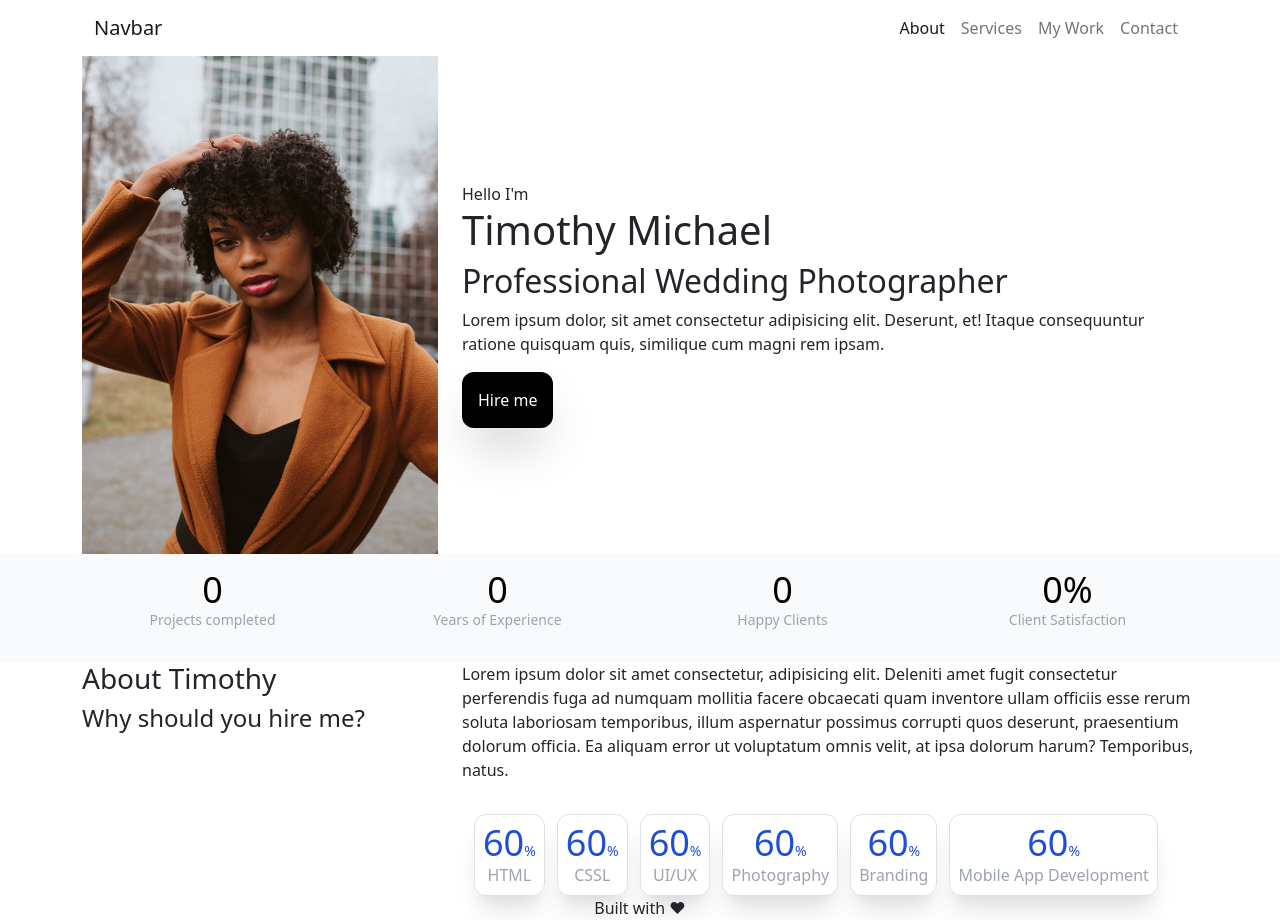
Repository: latenightsnacc/giggles
Page: HTML/freelancer.html
These files come from the project's save history. The page is drawn as it stood at one moment and after the next save; the edit follows.
The browser window is 1280 px wide. The pictures show the whole page.
Some web libraries are served in a nearby version.

Above is the page before, as saved 2021-01-03 15:20:56.

### HTML/freelancer.html
<!DOCTYPE html>
<html lang="en">
<head>
    <meta charset="UTF-8">
    <meta name="viewport" content="width=device-width, initial-scale=1.0">
    <link href="https://cdnjs.cloudflare.com/ajax/libs/tailwindcss/2.0.2/tailwind.min.css" rel="stylesheet">
    <link rel="stylesheet" href="https://stackpath.bootstrapcdn.com/font-awesome/4.7.0/css/font-awesome.min.css" />
    <link href="https://cdn.jsdelivr.net/npm/bootstrap@5.0.0-beta1/dist/css/bootstrap.min.css" rel="stylesheet" integrity="sha384-giJF6kkoqNQ00vy+HMDP7azOuL0xtbfIcaT9wjKHr8RbDVddVHyTfAAsrekwKmP1" crossorigin="anonymous">
    <title>Freelancer Page</title>
</head>
<body>
    <header class="container">
        <nav class="navbar navbar-expand-lg navbar-light bg-white">
            <div class="container-fluid">
              <a class="navbar-brand" href="#">Navbar</a>
              <button class="navbar-toggler" type="button" data-bs-toggle="collapse" data-bs-target="#navbarNavDropdown" aria-controls="navbarNavDropdown" aria-expanded="false" aria-label="Toggle navigation">
                <span class="navbar-toggler-icon"></span>
              </button>
              <div class="collapse navbar-collapse" id="navbarNavDropdown">
                <ul class="navbar-nav ml-auto">
                  <li class="nav-item">
                    <a class="nav-link active" aria-current="page" href="#">About</a>
                  </li>
                  <li class="nav-item">
                    <a class="nav-link" href="#">Services</a>
                  </li>
                  <li class="nav-item">
                    <a class="nav-link" href="#">My Work</a>
                  </li>
                  <li class="nav-item">
                    <a class="nav-link" href="#">Contact</a>
                  </li>
                  <!-- <li class="nav-item dropdown">
                    <a class="nav-link dropdown-toggle" href="#" id="navbarDropdownMenuLink" role="button" data-bs-toggle="dropdown" aria-expanded="false">
                      Dropdown link
                    </a>
                    <ul class="dropdown-menu" aria-labelledby="navbarDropdownMenuLink">
                      <li><a class="dropdown-item" href="#">Action</a></li>
                      <li><a class="dropdown-item" href="#">Another action</a></li>
                      <li><a class="dropdown-item" href="#">Something else here</a></li>
                    </ul>
                  </li> -->
                </ul>
              </div>
            </div>
        </nav>
    </header>
    <main>
        <!--User Banner-->
        <div class="container">
            <div class="row flex items-center h-auto">
                <div class="col-sm-12 col-md-4 col-lg-4 col-xl-4">
                    <img src="assets/userDp.jpg" alt="Profile Picture">
                </div>
                <div class="col-sm-12 col-md-8 col-lg-8 col-xl-8">
                    <div class="user-info">
                        <span>Hello I'm</span>
                        <h1>Timothy Michael</h1>
                        <h2>Professional Wedding Photographer</h2>
                        <p>Lorem ipsum dolor, sit amet consectetur adipisicing elit. Deserunt, et! Itaque consequuntur ratione quisquam quis, similique cum magni rem ipsam.</p>
                        <button class="bg-black text-white p-3 semi-bold rounded-xl shadow-2xl">Hire me</button>
                    </div>
                </div>
            </div>
        </div>
        <!--User Statisitics-->
        <div class="stats w-full bg-gray-50 flex items-center h-auto py-3">
            <div class="container">
                <div class="row">
                    <div class="stat-box col text-center">
                        <div class="bold text-4xl text-black">0</div>
                        <p class="text-sm text-gray-400">Projects completed</p>

                    </div>
                    <div class="stat-box col text-center">
                        <div class="bold text-4xl text-black">0</div>
                        <p class="text-sm text-gray-400">Years of Experience</p>
                    </div>
                    <div class="stat-box col text-center">
                        <div class="bold text-4xl text-black">0</div>
                        <p class="text-sm text-gray-400">Happy Clients</p>
                    </div>
                    <div class="stat-box col text-center">
                        <div class="bold text-4xl text-black">0%</div>
                        <p class="text-sm text-gray-400">Client Satisfaction</p>
                    </div>
                </div>
            </div>
        </div>
        <!--About User-->
        <div class="container">
            <div class="row">
                <div class="col-sm-12 col-md-6 col-lg-4 col-xl-4">
                    <h3>About Timothy</h3>
                    <h4>Why should you hire me?</h4>
                </div>
                <div class="col-sm-12 col-md-6 col-lg-8 col-xl-8">
                    <p>Lorem ipsum dolor sit amet consectetur, adipisicing elit. Deleniti amet fugit consectetur perferendis fuga ad numquam mollitia facere obcaecati quam inventore ullam officiis esse rerum soluta laboriosam temporibus, illum aspernatur possimus corrupti quos deserunt, praesentium dolorum officia. Ea aliquam error ut voluptatum omnis velit, at ipsa dolorum harum? Temporibus, natus.</p>

                    <div class="d-flex flex-wrap">
                        <div class="skill-box shadow-xl max-w-sm p-2 ml-3 mt-3 border border-gray-100 rounded-xl flex flex-col items-center justify-center text-center">

                            <span class="text-blue-700 bold text-4xl">60<span class="text-sm">%</span></span>
                            <div class="text-md text-gray-400">HTML</div>
                        </div>
                        <div class="skill-box shadow-xl max-w-sm p-2 ml-3 mt-3 border border-gray-100 rounded-xl flex flex-col items-center justify-center text-center">

                            <span class="text-blue-700 bold text-4xl">60<span class="text-sm">%</span></span>
                            <div class="text-md text-gray-400">CSSL</div>
                        </div>
                        <div class="skill-box shadow-xl max-w-sm p-2 ml-3 mt-3 border border-gray-100 rounded-xl flex flex-col items-center justify-center text-center">

                            <span class="text-blue-700 bold text-4xl">60<span class="text-sm">%</span></span>
                            <div class="text-md text-gray-400">UI/UX</div>
                        </div>
                        <div class="skill-box shadow-xl max-w-sm p-2 ml-3 mt-3 border border-gray-100 rounded-xl flex flex-col items-center justify-center text-center">

                            <span class="text-blue-700 bold text-4xl">60<span class="text-sm">%</span></span>
                            <div class="text-md text-gray-400">Photography</div>
                        </div>
                        <div class="skill-box shadow-xl max-w-sm p-2 ml-3 mt-3 border border-gray-100 rounded-xl flex flex-col items-center justify-center text-center">

                            <span class="text-blue-700 bold text-4xl">60<span class="text-sm">%</span></span>
                            <div class="text-md text-gray-400">Branding</div>
                        </div>
                        <div class="skill-box shadow-xl max-w-sm p-2 ml-3 mt-3 border border-gray-100 rounded-xl flex flex-col items-center justify-center text-center">

                            <span class="text-blue-700 bold text-4xl">60<span class="text-sm">%</span></span>
                            <div class="text-md text-gray-400">Mobile App Development</div>
                        </div>
                    </div>
                </div>
            </div>
        </div>
    </main>
    <footer class="text-center">Built with &hearts; </footer>
    <script src="https://cdn.jsdelivr.net/npm/bootstrap@5.0.0-beta1/dist/js/bootstrap.bundle.min.js" integrity="sha384-ygbV9kiqUc6oa4msXn9868pTtWMgiQaeYH7/t7LECLbyPA2x65Kgf80OJFdroafW" crossorigin="anonymous"></script>

</body>
</html>

After the next save:
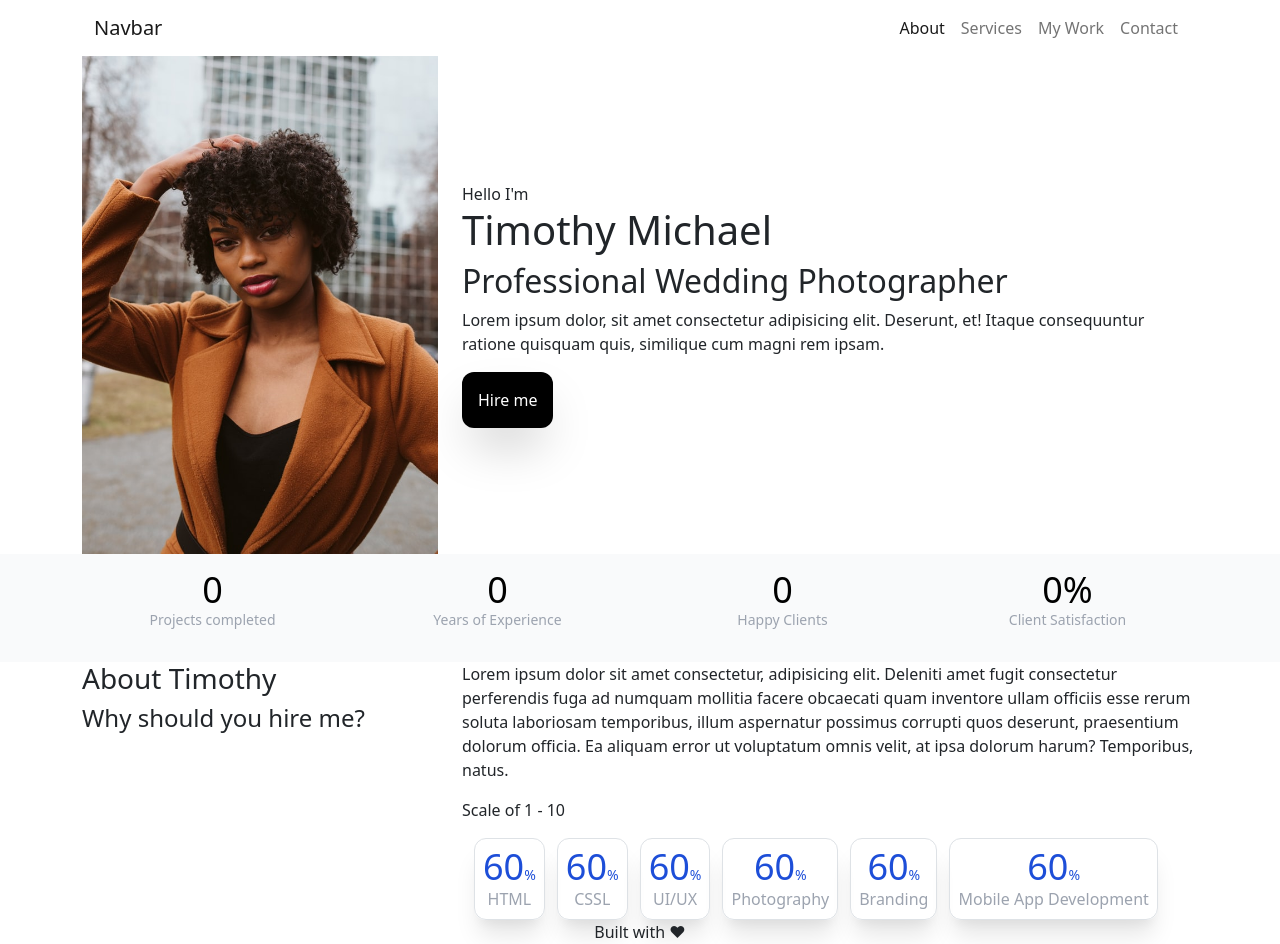
Saved 102 s later.
--- a/HTML/freelancer.html
+++ b/HTML/freelancer.html
@@ -96,7 +96,7 @@
                 </div>
                 <div class="col-sm-12 col-md-6 col-lg-8 col-xl-8">
                     <p>Lorem ipsum dolor sit amet consectetur, adipisicing elit. Deleniti amet fugit consectetur perferendis fuga ad numquam mollitia facere obcaecati quam inventore ullam officiis esse rerum soluta laboriosam temporibus, illum aspernatur possimus corrupti quos deserunt, praesentium dolorum officia. Ea aliquam error ut voluptatum omnis velit, at ipsa dolorum harum? Temporibus, natus.</p>
-
+                    <span>Scale of 1 - 10</span>
                     <div class="d-flex flex-wrap">
                         <div class="skill-box shadow-xl max-w-sm p-2 ml-3 mt-3 border border-gray-100 rounded-xl flex flex-col items-center justify-center text-center">
 
